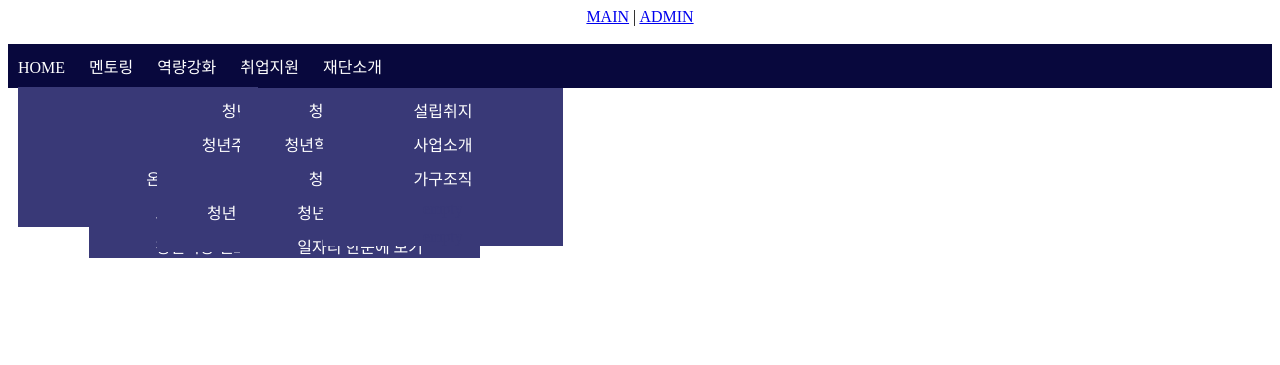
Repository: nywogud/promoPoli
Page: http://localhost/poli/WEB-INF/views/home.jsp
The author's editor kept a copy of each file at every save. The page is drawn from the files as they stood at one save, then again after the next save.
The browser window is 1280 px wide. The pictures show the whole page.
The page is served by Tomcat 9. Nobody is signed in. The template is opened directly, without the code that normally fills it, so the values that code supplies are empty.

Above is the page before, as saved 2021-06-30 07:22:18.

After the next save:
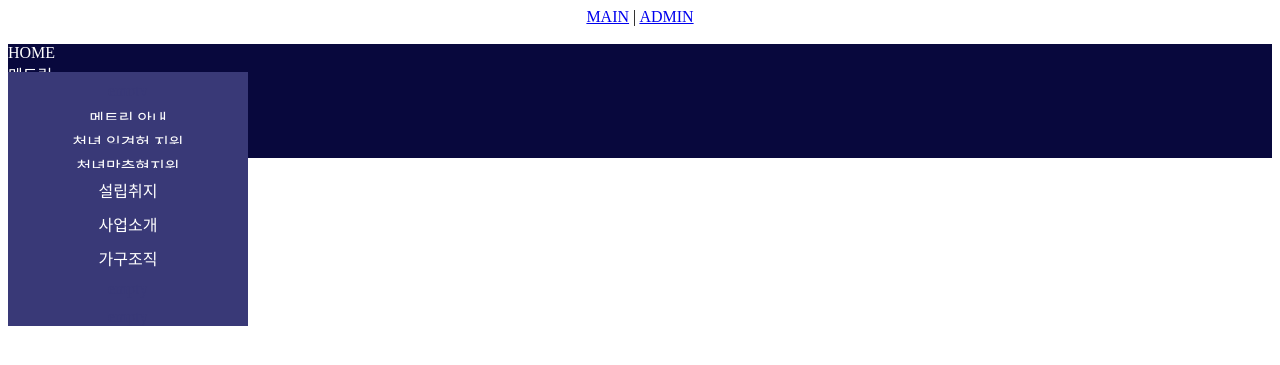
Saved 5 min 2 s later.
--- a/workspace/poli/src/main/webapp/WEB-INF/views/home.jsp
+++ b/workspace/poli/src/main/webapp/WEB-INF/views/home.jsp
@@ -15,12 +15,13 @@ ul, ol, li {
 ul.main {
 	color: white;
 	background: rgb(8, 8, 61);
-	width: 100%;
+	width:100%;
 }
+
+ul.main1
 
 ul.main>li {
 	display: inline-block;
-
 	padding: 10px 10px;
 	text-align: center;
 	position: relative;
